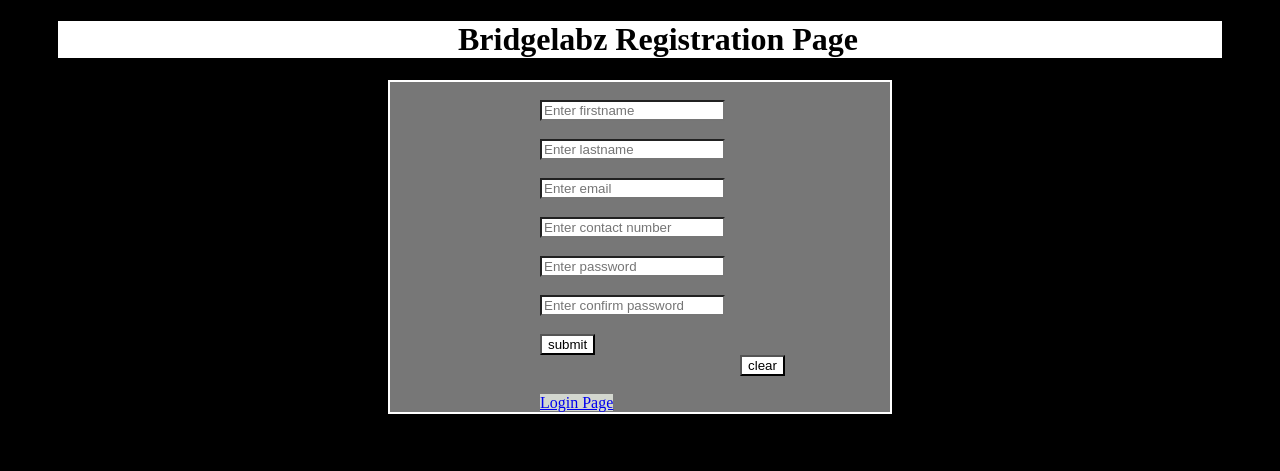
Repository: MarkFernandes11/Advanced-Java
Page: http://localhost/Login/register.jsp
These files come from the project's save history. The page is drawn as it stood at one moment and after the next save; the edit follows.
The browser window is 1280 px wide. The pictures show the whole page.
The page is served by Tomcat 9.

Above is the page before, as saved 2019-09-26 11:21:30.

After the next save:
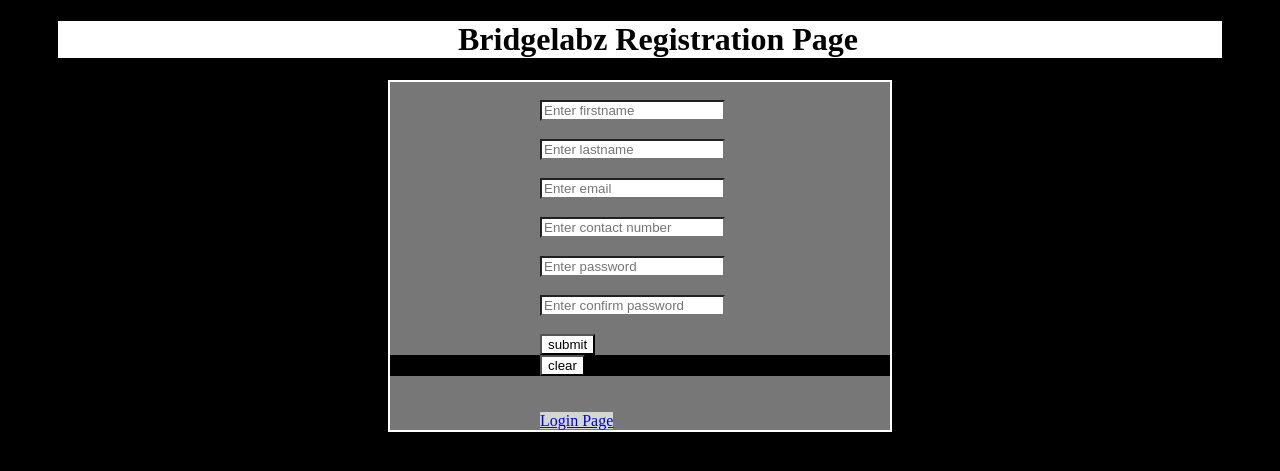
Saved 17 s later.
--- a/Login/WebContent/stylesheet.css
+++ b/Login/WebContent/stylesheet.css
@@ -35,11 +35,7 @@
 	margin-left: 150px;
 }
 
-.button {
-	display: inline-block;
-	background-color: #777;
-	margin-left: 200px;
-}
+
 
 a{
 	background-color: #d3d7cf;
